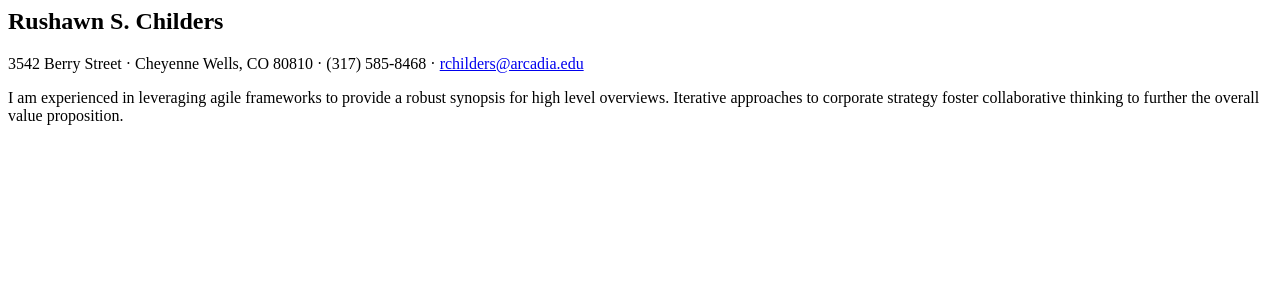
Repository: rchilders4/rchilders4.github.io
Page: RChilders/_includes/info.html
The author's editor kept a record of every edit. The page is drawn from the files as they stood at one moment, then again after the next edit.
The browser window is 1280 px wide. The pictures show the whole page.

Above is the page before.

After the next edit:
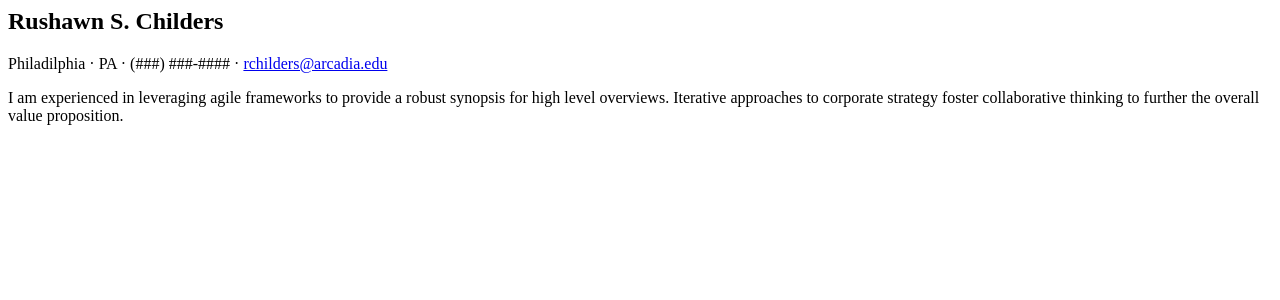
The edit:
--- a/RChilders/_includes/info.html
+++ b/RChilders/_includes/info.html
@@ -3,7 +3,7 @@
         <h1 class="mb-0">Rushawn S.
           <span class="text-primary">Childers</span>
         </h1>
-        <div class="subheading mb-5">3542 Berry Street · Cheyenne Wells, CO 80810 · (317) 585-8468 ·
+        <div class="subheading mb-5">Philadilphia · PA · (###) ###-#### ·
           <a href="mailto:name@email.com">rchilders@arcadia.edu</a>
         </div>
         <p class="lead mb-5">I am experienced in leveraging agile frameworks to provide a robust synopsis for high level overviews. Iterative approaches to corporate strategy foster collaborative thinking to further the overall value proposition.</p>
